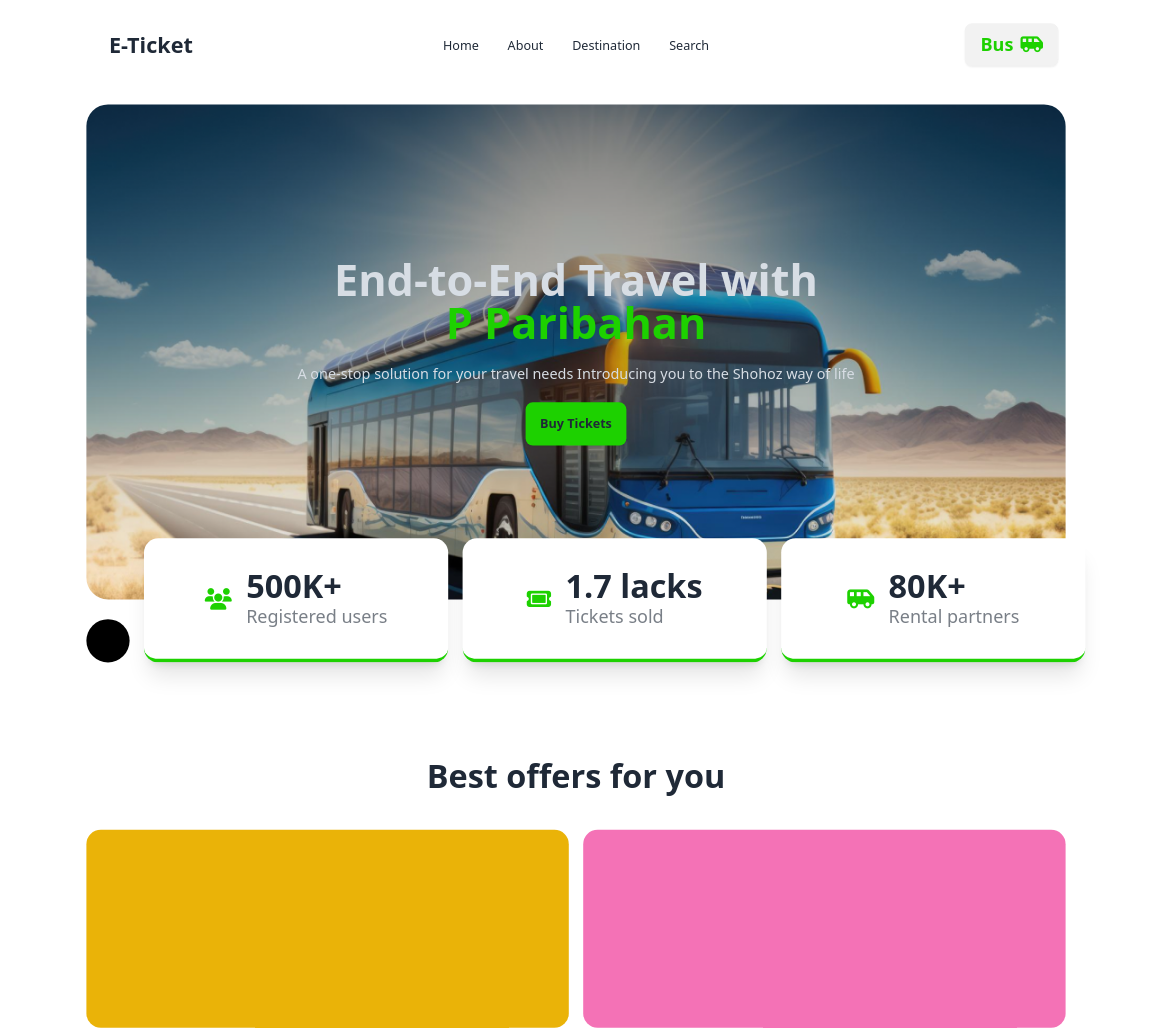
Repository: RudrasahaDibos/Smart-ticketing
Page: index.html
These files come from the project's save history. The page is drawn as it stood at one moment and after the next save; the edit follows.
The browser window is 1280 px wide. The pictures show the whole page, at 90% of full size.
Some web fonts or font styles are not loaded; a fallback is used. Some web libraries are served in a nearby version.

Above is the page before, as saved 2024-11-10 01:12:19.

### index.html
<!DOCTYPE html>
<html lang="en">
<head>
    <meta charset="UTF-8">
    <meta name="viewport" content="width=device-width, initial-scale=1.0">
    <title>Smart-ticketing</title>
    <!-- tailwind link -->
<link href="https://cdn.jsdelivr.net/npm/daisyui@4.12.14/dist/full.min.css" rel="stylesheet" type="text/css" />
<script src="https://cdn.tailwindcss.com"></script>
<!-- font awesome link -->
<link rel="stylesheet" href="https://cdnjs.cloudflare.com/ajax/libs/font-awesome/6.6.0/css/all.min.css" integrity="sha512-Kc323vGBEqzTmouAECnVceyQqyqdsSiqLQISBL29aUW4U/M7pSPA/gEUZQqv1cwx4OnYxTxve5UMg5GT6L4JJg==" crossorigin="anonymous" referrerpolicy="no-referrer" />

<!-- google fonts  -->
<link rel="preconnect" href="https://fonts.googleapis.com">
<link rel="preconnect" href="https://fonts.gstatic.com" crossorigin>
<link href="https://fonts.googleapis.com/css2?family=Anton+SC&family=Manrope:wght@200..800&family=Raleway:ital,wght@0,100..900;1,100..900&display=swap" rel="stylesheet">

<style>
.raleway{
  font-family: "Raleway", sans-serif;
}
</style>



</head>
<body>
    <!-- header ends here -->
    <header  class="container mx-auto lg:pl-24 lg:pr-24 lg:pt-4 w-[1400px]">
               <div>
                <!-- navbar starts here -->
                <div class="navbar bg-base-100">
                    <div class="navbar-start">
                      <div class="dropdown">
                        <div tabindex="0" role="button" class="btn btn-ghost lg:hidden">
                          <svg
                            xmlns="http://www.w3.org/2000/svg"
                            class="h-5 w-5"
                            fill="none"
                            viewBox="0 0 24 24"
                            stroke="currentColor">
                            <path
                              stroke-linecap="round"
                              stroke-linejoin="round"
                              stroke-width="2"
                              d="M4 6h16M4 12h8m-8 6h16" />
                          </svg>
                        </div>
                        <ul
                          tabindex="0"
                          class="menu menu-sm dropdown-content bg-base-100 rounded-box z-[1] mt-3 w-52 p-2 shadow">
                          <li><a>Home</a></li>
                          <li><a>About</a></li>
                          <li><a>Destination</a></li>
                          <li><a>Search</a></li>
                        </ul>
                      </div>
                      <a class="btn btn-ghost text-2xl font-extrabold">E-Ticket</a>
                    </div>
                    <div class="navbar-center hidden lg:flex">
                      <ul class="menu menu-horizontal px-1">
                        <li><a>Home</a></li>
                        <li><a>About</a></li>
                        <li><a>Destination</a></li>
                        <li><a>Search</a></li>
                      </ul>
                    </div>
                    <div class="navbar-end">
                      <a class="btn text-[#1DD100]  border-1  text-xl">Bus <i class="fa-solid fa-van-shuttle"></i></a>
                    </div>
                  </div>
               </div>

              <!-- banner start here -->

              <div
              class="hero h-[550px] mt-8 bg-[url('/images/banner.png')] rounded-3xl relative">

              <div class="hero-content text-neutral-content text-center">
                <div class="">
                  <h1 class="mb-5 text-5xl font-extrabold">End-to-End Travel with <br> <span class="text-5xl text-[#1DD100]  font-extrabold">P Paribahan</span></h1>
                  <p class="mb-5">
                    A one-stop solution for your travel needs

                    Introducing you to the Shohoz way of life
                  </p>
                  <button class="btn bg-[#1DD100] border-none">Buy Tickets</button>
                </div>
              </div>
            </div>



                 <!-- banner end here -->

                <!-- 3 card start here  -->

                        <div class=" flex justify-between items-center gap-4 pl-16 pr-16 absolute -bottom-4   ">
                            <div class="stat flex bg-white justify-center items-center shadow-xl  border-b-4 border-b-[#1DD100]  rounded-2xl w-[338px] h-[138px]">
                                <div class="text-[#1DD100] text-2xl font-extrabold ">
                                    <i class="fa-solid fa-users"></i>
                                  </div>

                             <div>
                                <div class="stat-value">500K+</div>
                                <div class="stat-desc text-xl ">Registered users</div>
                             </div>


                            </div>

                            <div class="stat flex bg-white justify-center items-center  border-b-4 border-b-[#1DD100] shadow-xl  rounded-2xl w-[338px] h-[138px]">
                                <div class="text-[#1DD100] text-2xl font-extrabold ">
                                    <i class="fa-solid fa-ticket  "></i>

                                  </div>

                             <div>
                                <div class="stat-value">1.7 lacks</div>
                                <div class="stat-desc text-xl ">Tickets sold</div>
                             </div>


                            </div>

                            <div class="stat flex bg-white justify-center items-center  border-b-4 border-b-[#1DD100] shadow-xl  rounded-2xl w-[338px] h-[138px]">
                                <div class="text-[#1DD100] text-2xl font-extrabold ">
                                    <i class="fa-solid fa-van-shuttle"></i>

                                  </div>

                             <div>
                                <div class="stat-value">80K+</div>
                                <div class="stat-desc text-xl ">Rental partners</div>
                             </div>


                            </div>
                          </div>




                  <!-- 3 card ends here -->

               <!-- navbar Ends here -->
    </header>
    <!-- header ends here -->


     <!-- main start here -->
    <main class="container mx-auto lg:pl-24 lg:pr-24 lg:pt-4 w-[1400px]" >
                  <!-- Best offers for you start here -->
                     <section class="mt-40">
                               <h1 class="text-4xl font-semibold text-center">Best offers for you</h1>

                                <div class="flex gap-4 mt-10">
                                    <div class="bg-yellow-500  w-[573px] h-[220px] rounded-2xl">
                                               <p class="bg-black w-[48px] h-[48px] absolute mx-auto rounded-full  -bottom-4 "></p>
                                    </div>
                                    <div class="bg-pink-400   w-[573px] h-[220px] rounded-2xl">

                                    </div>
                                </div>
                     </section>

                  <!-- Best offers for you ends here -->
    </main>
    <!-- main ends here -->



    <!-- js add -->
     <script src="index.js"></script>
</body>
</html>

Loaded but not shown: index.js (common file)

After the next save:
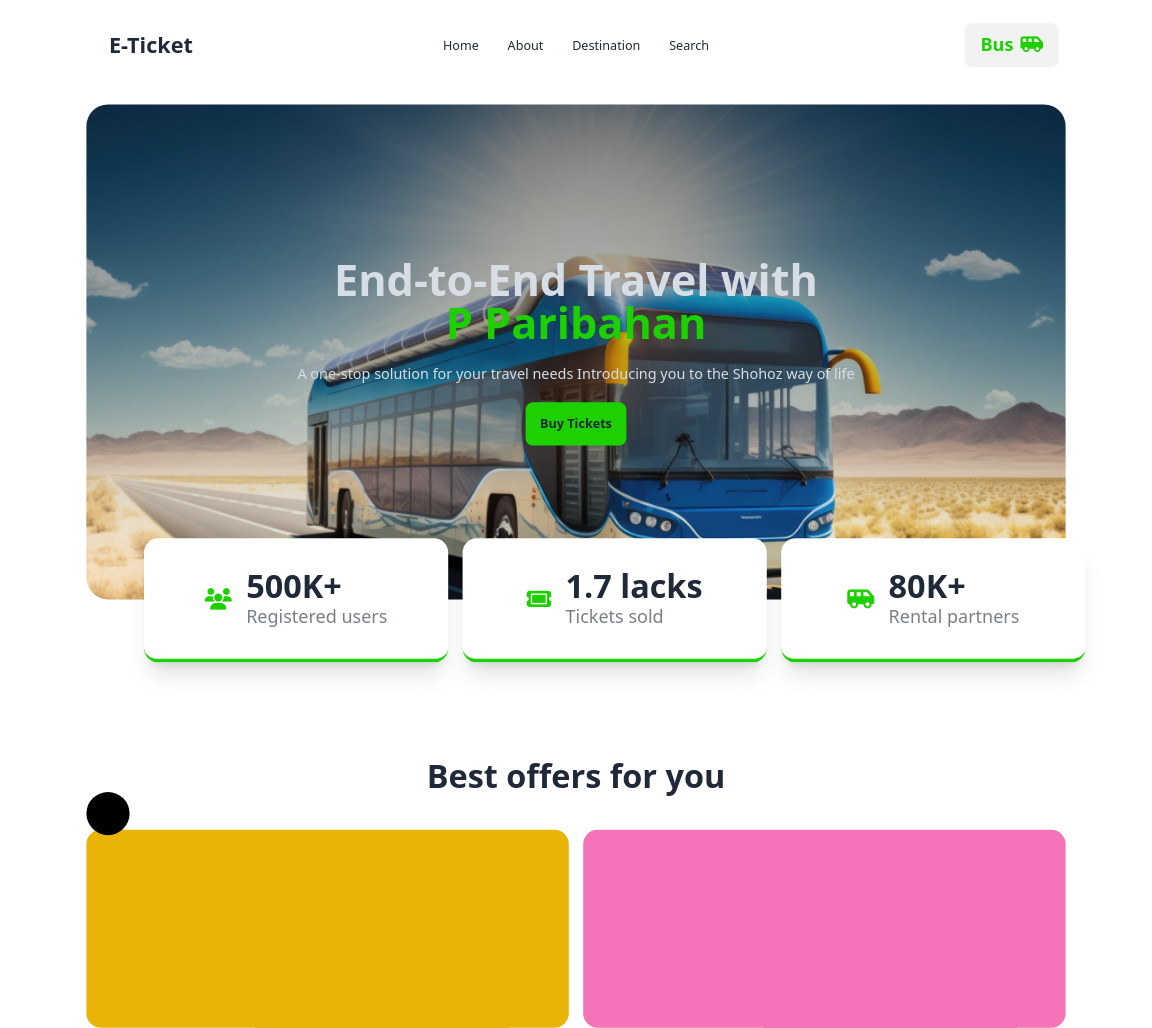
Saved 9 s later.
--- a/index.html
+++ b/index.html
@@ -156,7 +156,7 @@
 
                                 <div class="flex gap-4 mt-10">
                                     <div class="bg-yellow-500  w-[573px] h-[220px] rounded-2xl">
-                                               <p class="bg-black w-[48px] h-[48px] absolute mx-auto rounded-full  -bottom-4 "></p>
+                                               <p class="bg-black w-[48px] h-[48px] absolute mx-auto rounded-full  -bottom-52 "></p>
                                     </div>
                                     <div class="bg-pink-400   w-[573px] h-[220px] rounded-2xl">
 
